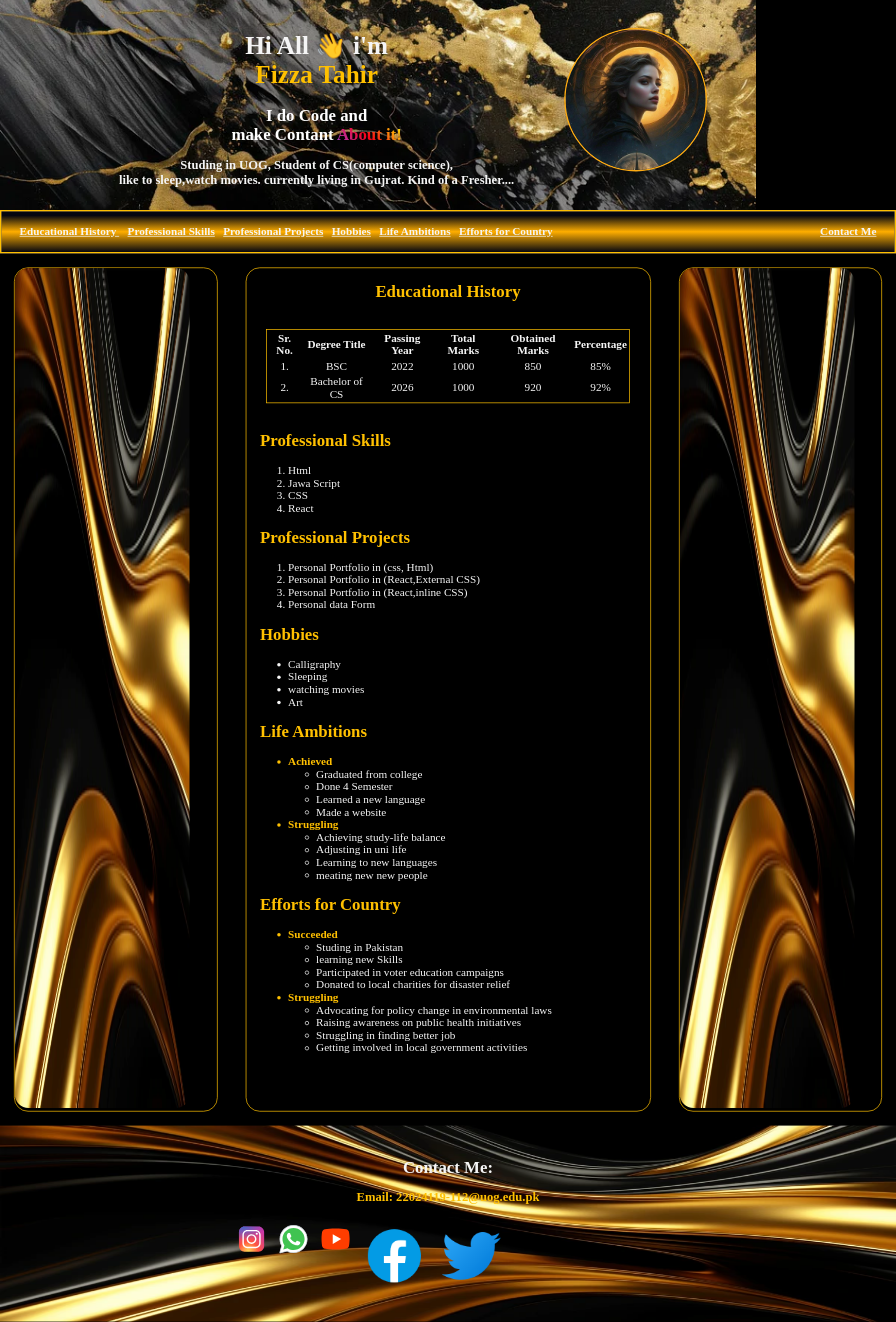
Repository: Fizza-112/project
Page: /
These files come from the project's save history. The page is drawn as it stood at one moment and after a run of saves; the edit follows.
The browser window is 1280 px wide. The pictures show the whole page, at 70% of full size.
The project was rebuilt for these pictures with package versions that can differ from the ones it lists, and the page was loaded fresh each time. Also part of the build but not shown: vite.config.ts.

Above is the page before, as saved 2024-09-20 13:54:50.

After the next 3 saves:
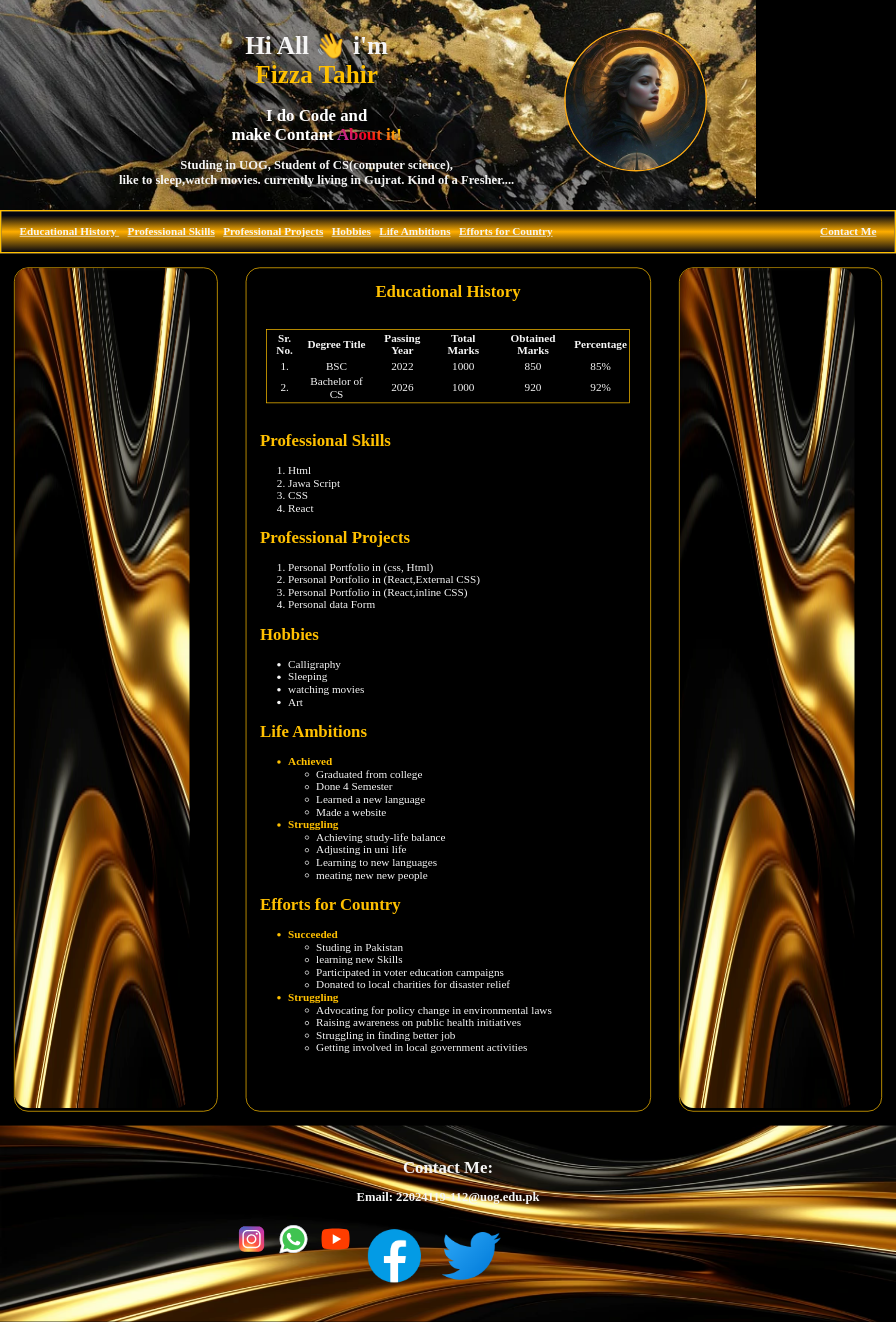
The 3 saves are shown as one change because they came seconds apart.
The last was saved 4 min 22 s later.
--- a/src/App.css
+++ b/src/App.css
@@ -270,7 +270,7 @@ font-size: 24px;
 
 }
 .footer-email{
-  color:#ffc000;
+  color:whitesmoke;
   font-size: 18px;
   margin-bottom: 20px;
 }
